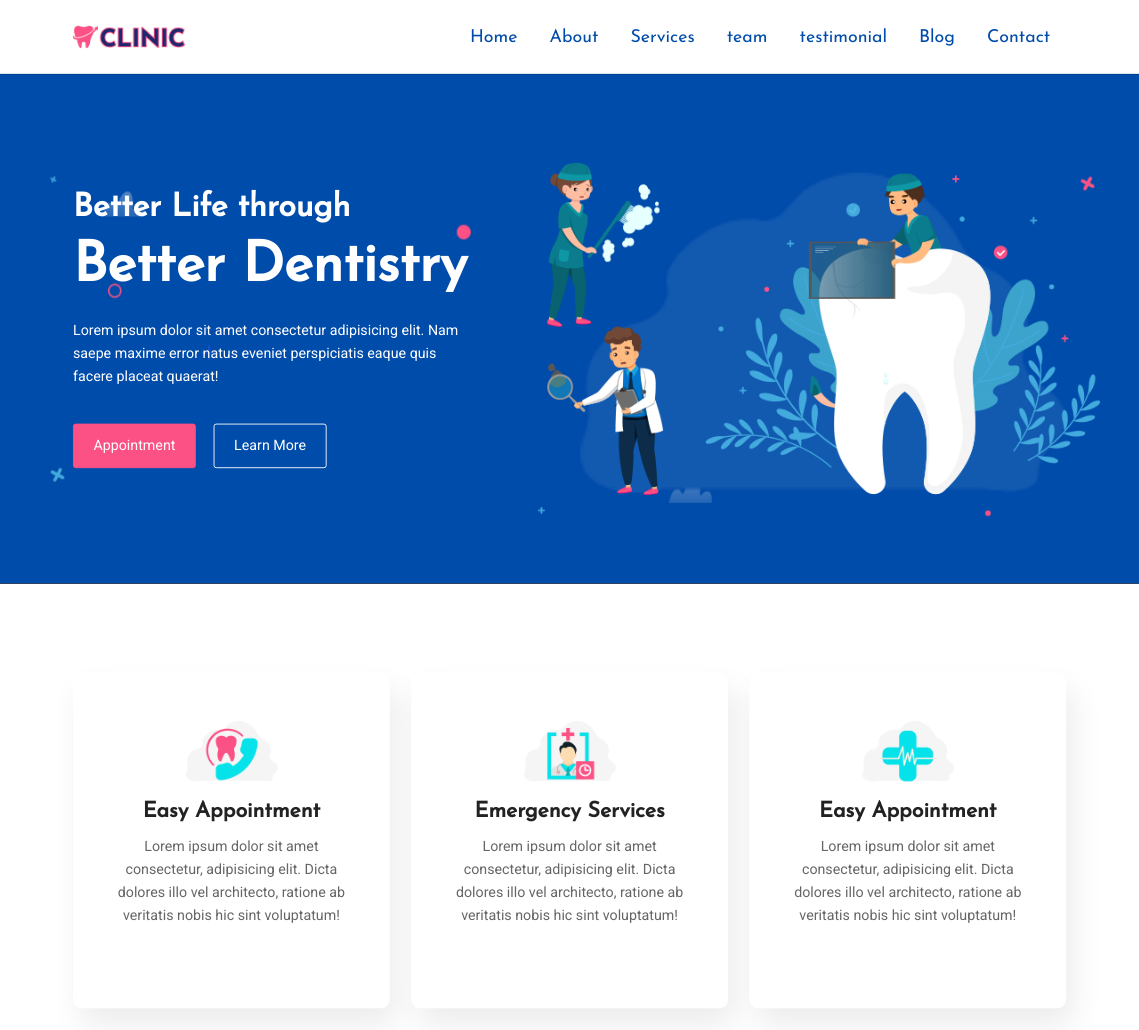
Repository: rsbappy/Project-13
Page: index.html
The author's editor kept a copy of each file at every save. The page is drawn from the files as they stood at one save, then again after the next save.
The browser window is 1280 px wide. The pictures show the whole page, at 89% of full size.
Some web libraries are served in a nearby version.

Above is the page before, as saved 2022-08-19 11:25:51.
Console error: TypeError: Cannot read properties of null (reading 'classList')

After the next save:
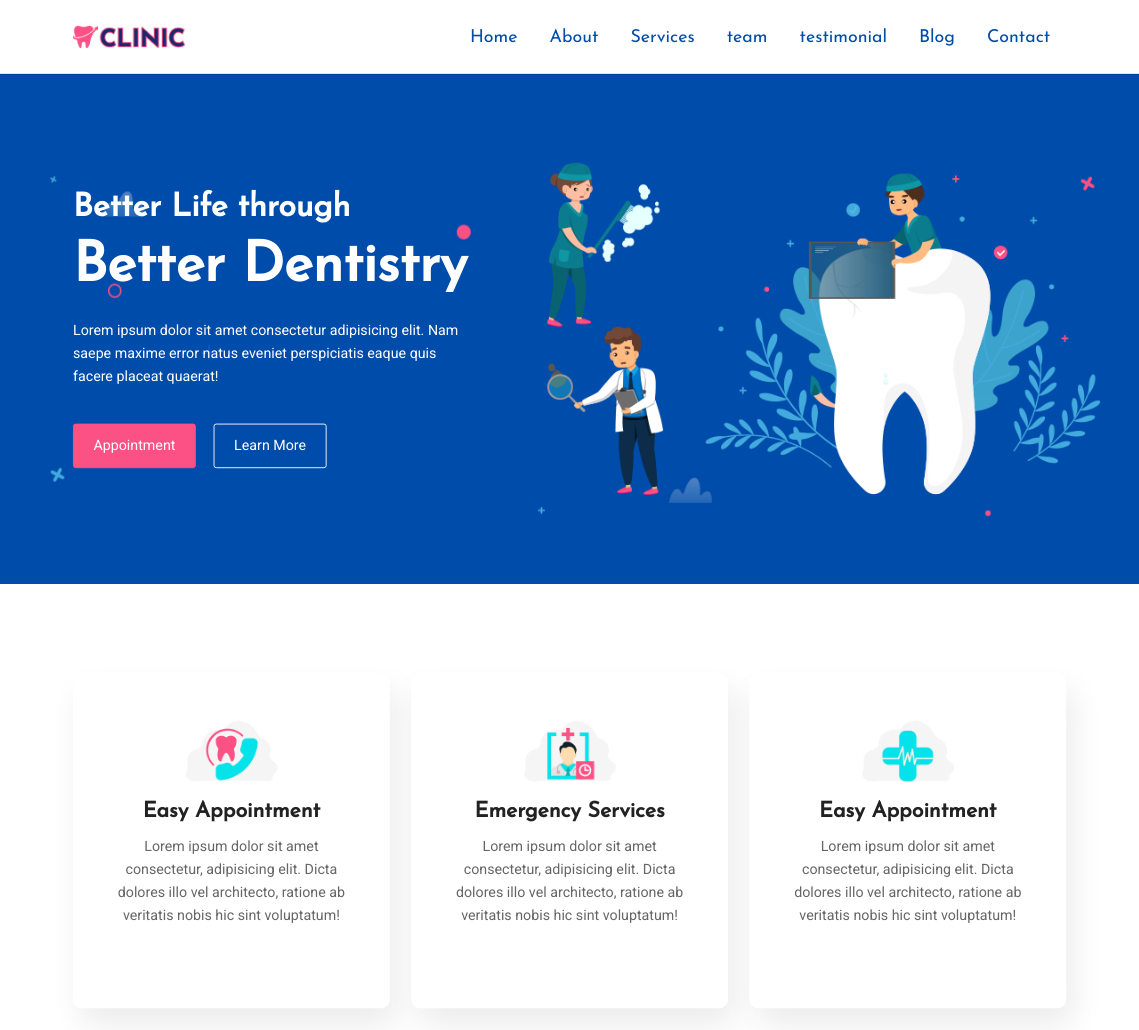
Saved 7 s later.
--- a/css/style.css
+++ b/css/style.css
@@ -239,7 +239,7 @@
 
 .banner_wrapper .top-right-sec {
     position: relative;
-    background-image: url('/images/top-banner-img/top-right-bg.png');
+    /* background-image: url('/images/top-banner-img/top-right-bg.png'); */
     background-position: bottom;
     background-repeat: no-repeat;
     background-size: contain;

After the save that followed:
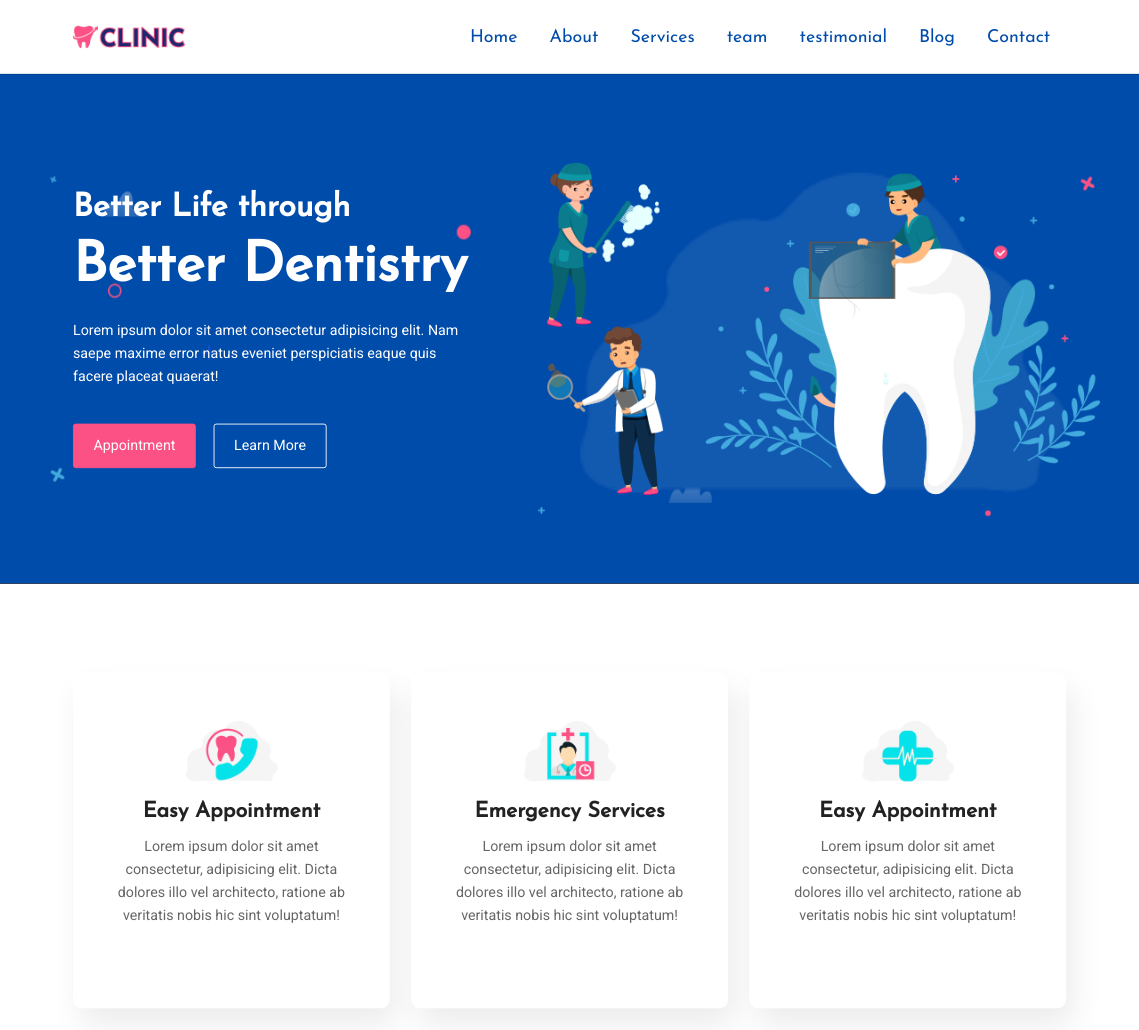
Saved 9 s later.
--- a/css/style.css
+++ b/css/style.css
@@ -239,7 +239,7 @@
 
 .banner_wrapper .top-right-sec {
     position: relative;
-    /* background-image: url('/images/top-banner-img/top-right-bg.png'); */
+    background-image: url('/images/top-banner-img/top-right-bg.png');
     background-position: bottom;
     background-repeat: no-repeat;
     background-size: contain;
